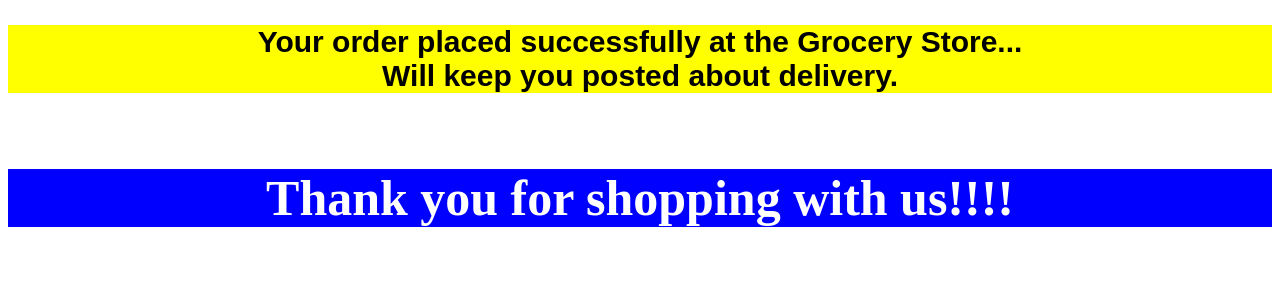
Repository: pournimapatil27/GroceryStoreMicroservice
Page: StoreLogin/src/main/resources/static/store.html
These files come from the project's save history. The page is drawn as it stood at one moment and after the next save; the edit follows.
The browser window is 1280 px wide. The pictures show the whole page.

Above is the page before, as saved 2021-12-03 09:10:20.

### StoreLogin/src/main/resources/static/store.html
<?xml version="1.0" encoding="UTF-8"?>
<!DOCTYPE html PUBLIC "-//W3C//DTD XHTML 1.0 Transitional//EN"
"http://www.w3.org/TR/xhtml1/DTD/xhtml1-transitional.dtd">
<html xmlns="http://www.w3.org/1999/xhtml"
      xmlns:h="http://java.sun.com/jsf/html">
   <h:head>
      <title>Welcome to Grocery Store</title>
   </h:head>
   <h:body>
      <h2 style="background-color:yellow;font-family:'Arial';font-size:30px;text-align: center">Your order placed successfully at the Grocery Store...<br>Will keep you posted about delivery.<br></h2>
 <br>
  <h1 style="color:white;background-color:blue;font-family:'Jockerman';font-size:50px;text-align: center">Thank you for shopping with us!!!!</h1>
   </h:body>
</html>

After the next save:
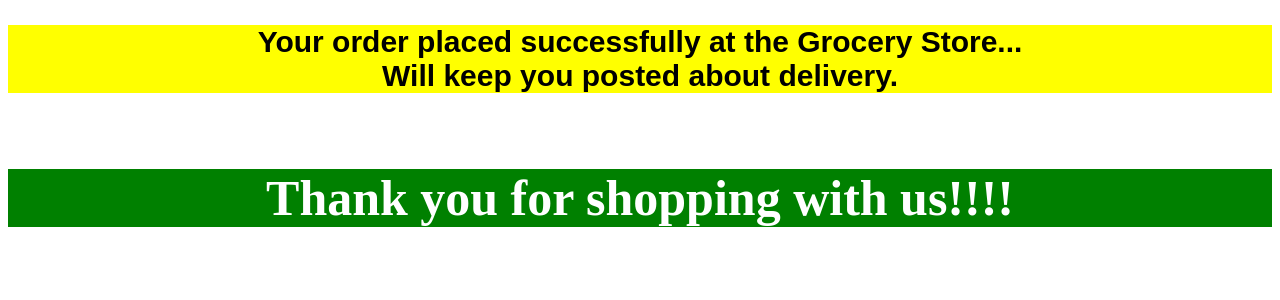
Saved 16 s later.
--- a/StoreLogin/src/main/resources/static/store.html
+++ b/StoreLogin/src/main/resources/static/store.html
@@ -9,6 +9,6 @@
    <h:body>
       <h2 style="background-color:yellow;font-family:'Arial';font-size:30px;text-align: center">Your order placed successfully at the Grocery Store...<br>Will keep you posted about delivery.<br></h2>
  <br>
-  <h1 style="color:white;background-color:blue;font-family:'Jockerman';font-size:50px;text-align: center">Thank you for shopping with us!!!!</h1>
+  <h1 style="color:white;background-color:green;font-family:'Jockerman';font-size:50px;text-align: center">Thank you for shopping with us!!!!</h1>
    </h:body>
 </html>
